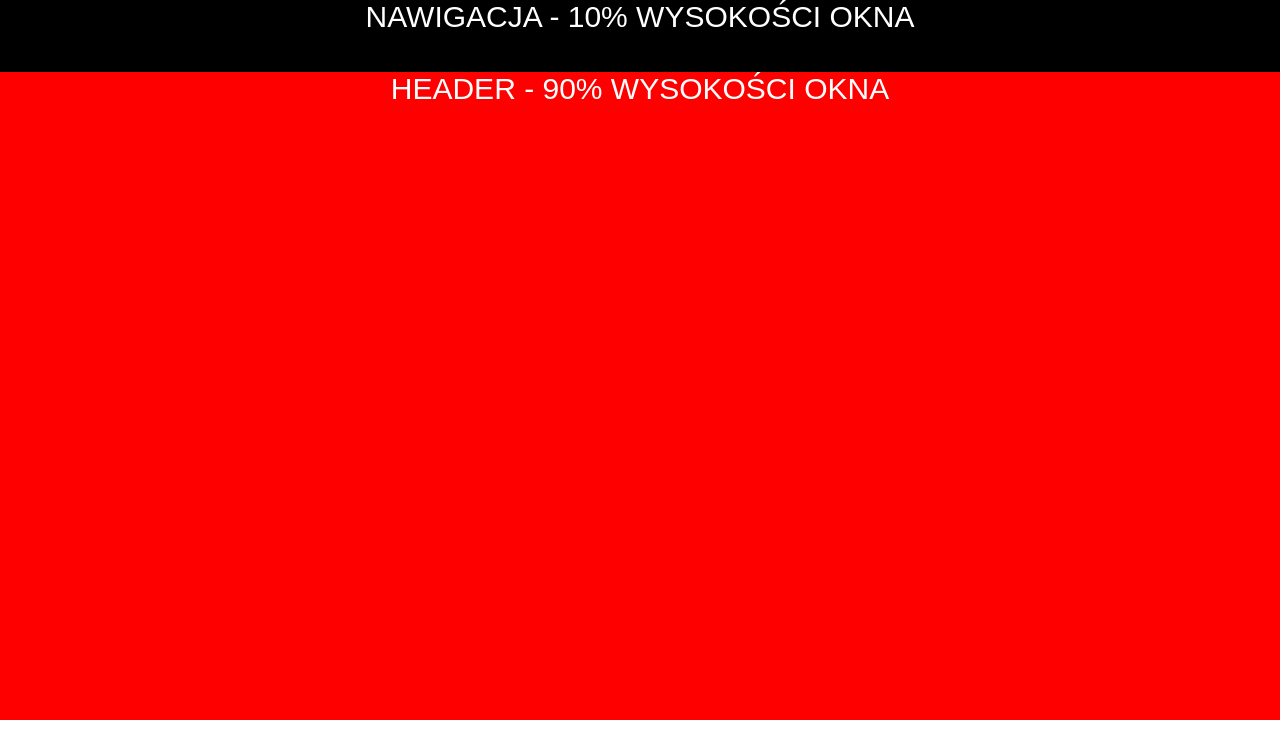
Repository: jasonj2333/advance_CSS
Page: 01-Header, Nav/start.html
The author's editor kept a copy of each file at every save. The page is drawn from the files as they stood at one save, then again after the next save.
The browser window is 1280 px wide. The pictures show the whole page.

Above is the page before, as saved 2019-04-23 18:30:17.

After the next save:
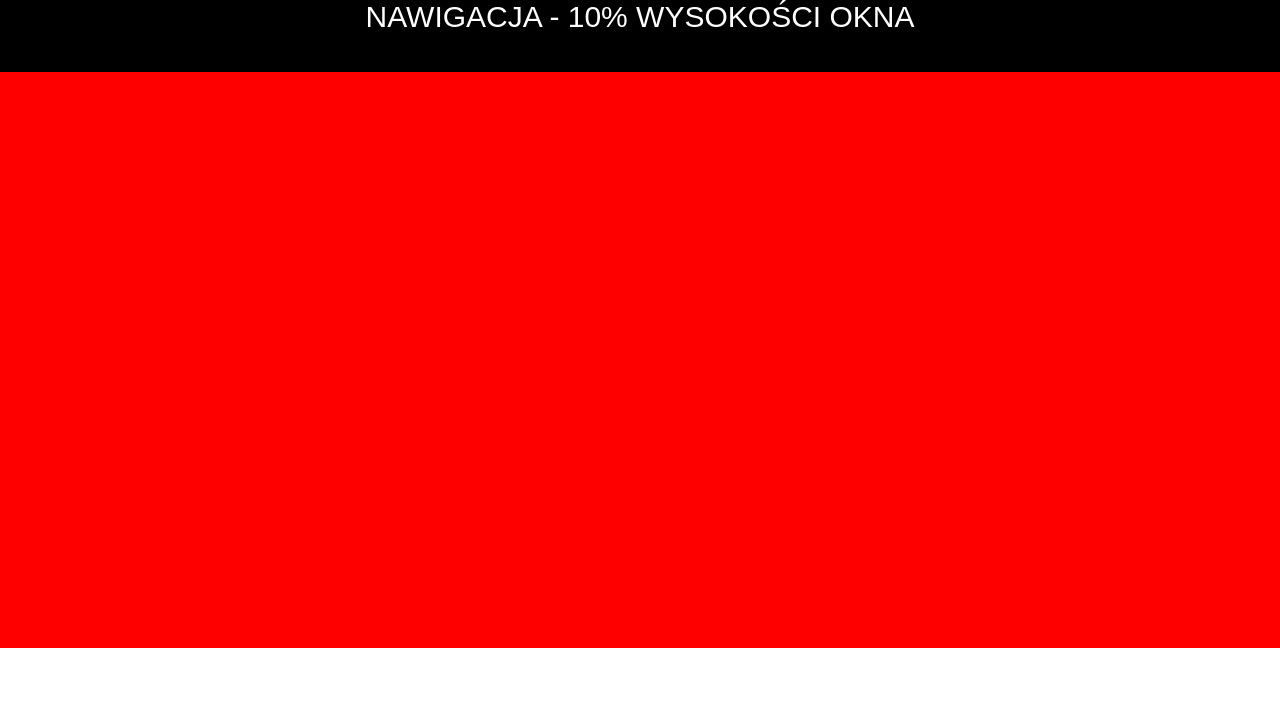
Saved 20 s later.
--- a/01-Header, Nav/start.html
+++ b/01-Header, Nav/start.html
@@ -23,7 +23,8 @@
         nav {
             background-color: #000;
             height: 10vh;
-            width: 100% position: fixed;
+            width: 100%;
+            position: fixed;
         }
 
         header {
